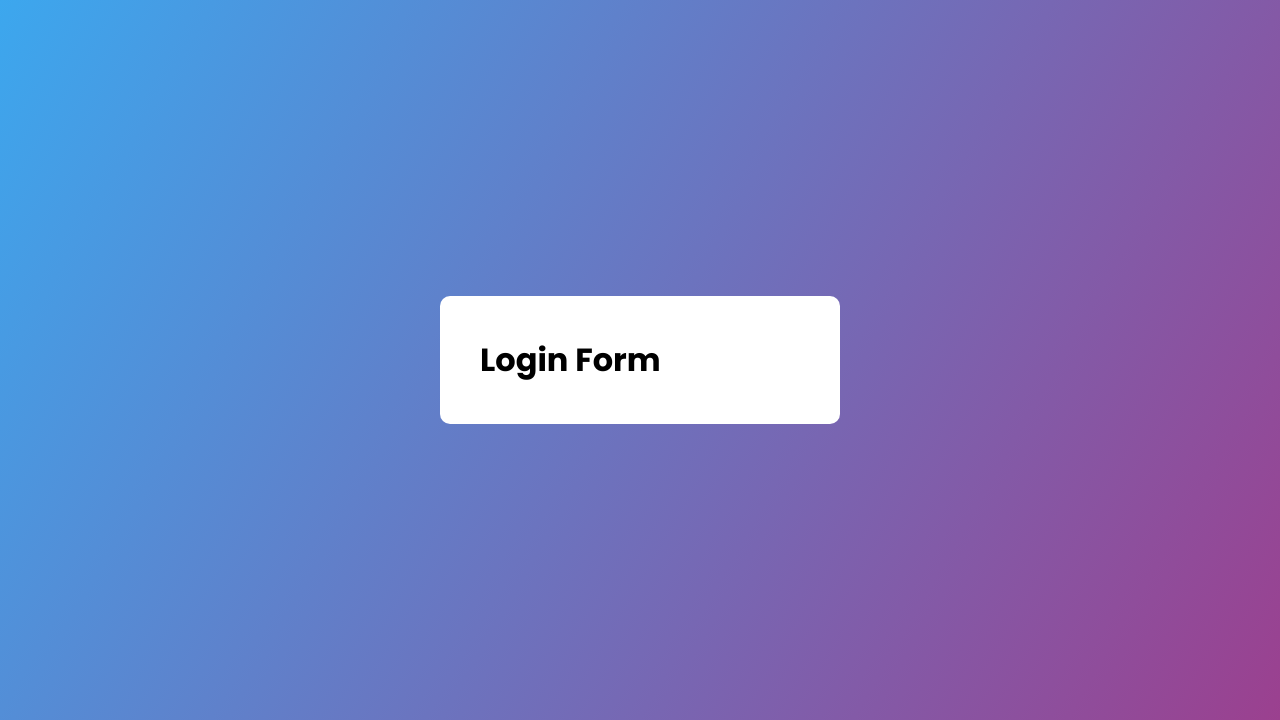
Repository: QUANGTHAI2003/Form-Validation
Page: index.html
The author's editor kept a copy of each file at every save. The page is drawn from the files as they stood at one save, then again after the next save.
The browser window is 1280 px wide. The pictures show the whole page.

Above is the page before, as saved 2022-03-13 14:03:00.

After the next save:
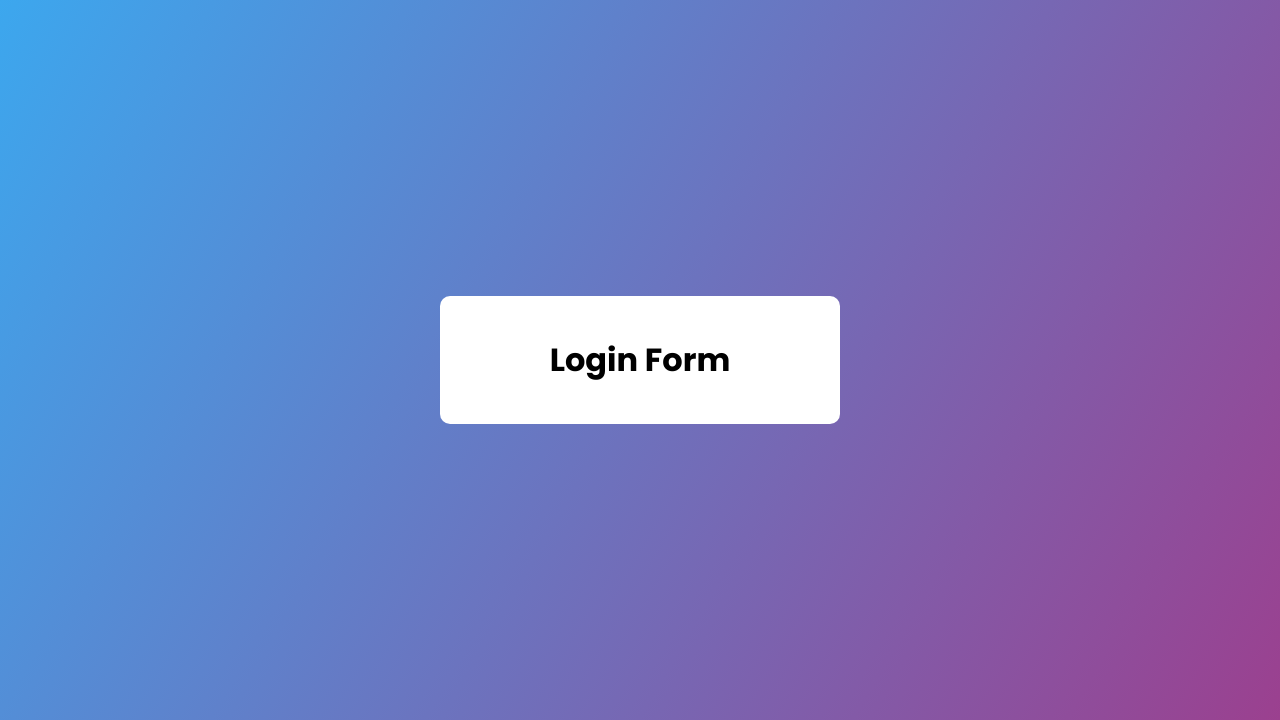
Saved 9 s later.
--- a/style.css
+++ b/style.css
@@ -23,3 +23,7 @@
     background: #fff;
     padding: 40px;
 }
+
+.container h1 {
+    text-align: center;
+}
